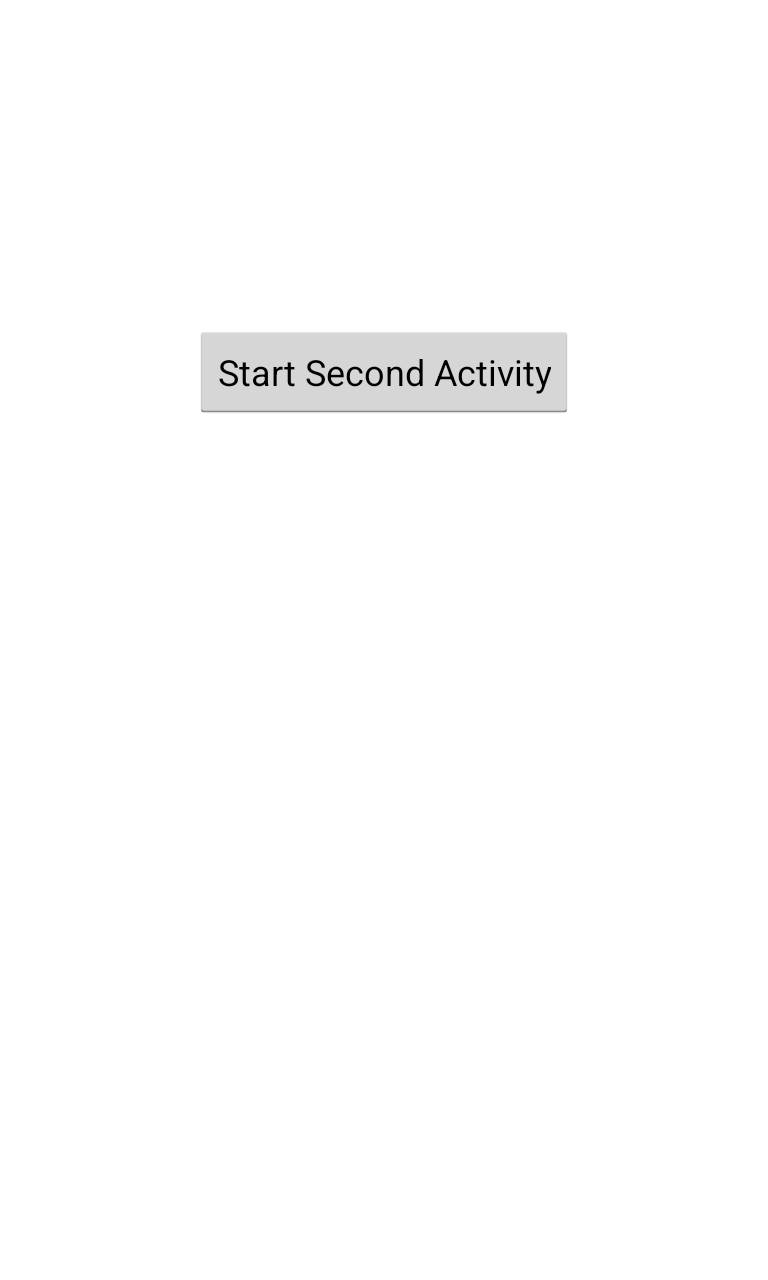
Repository: MadhuHS/OECM-1
Layout: Intents/res/layout/activity_main.xml
The author's editor kept a copy of each file at every save. The layout is drawn from the files as they stood at one save, then again after the next save.
It is drawn on a 768 x 1280 px phone screen (xhdpi) without system bars, with theme AppTheme; the app's code is not run.

Above is the layout before, as saved 2015-09-30 14:28:18.

After the next save:
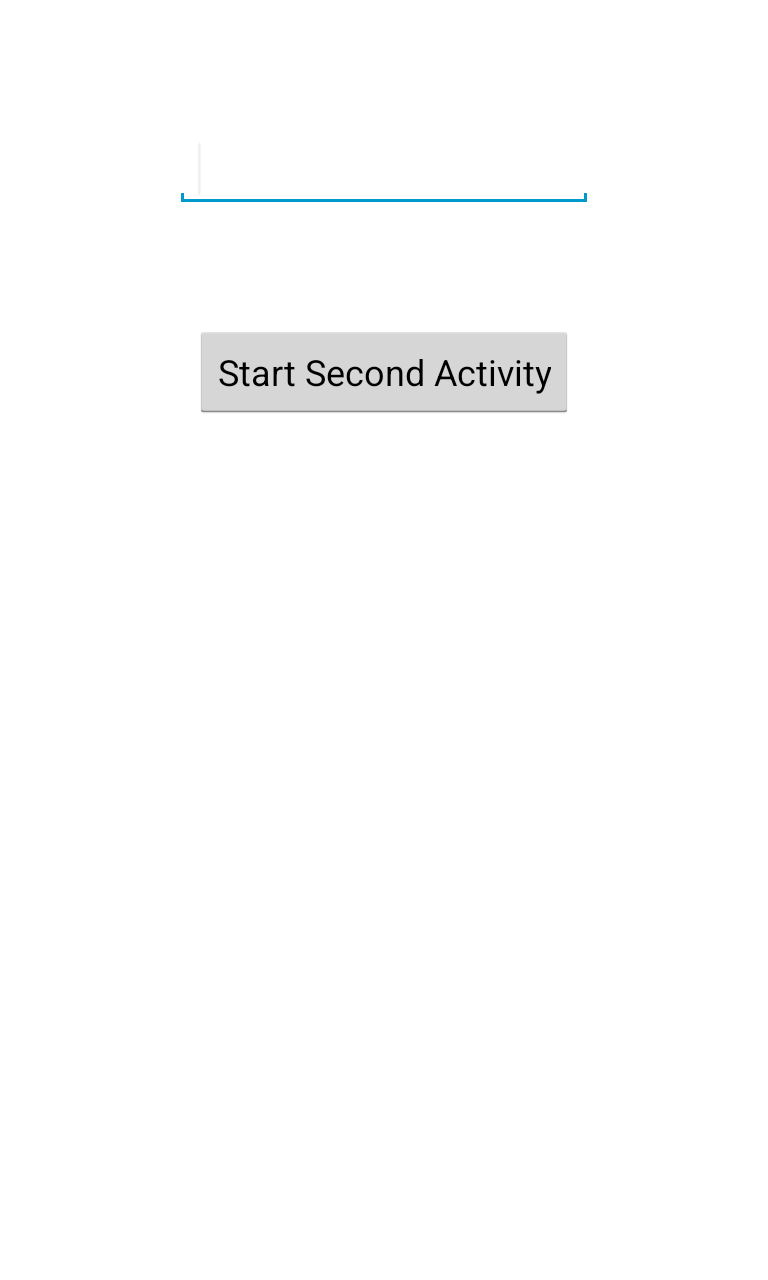
Saved 47 s later.
--- a/Intents/res/layout/activity_main.xml
+++ b/Intents/res/layout/activity_main.xml
@@ -17,4 +17,16 @@
         android:layout_marginTop="146dp"
         android:text="Start Second Activity" />
 
+    <EditText
+        android:id="@+id/editTextinput"
+        android:layout_width="wrap_content"
+        android:layout_height="wrap_content"
+        android:layout_alignParentTop="true"
+        android:layout_centerHorizontal="true"
+        android:layout_marginTop="49dp"
+        android:ems="10" >
+
+        <requestFocus />
+    </EditText>
+
 </RelativeLayout>
